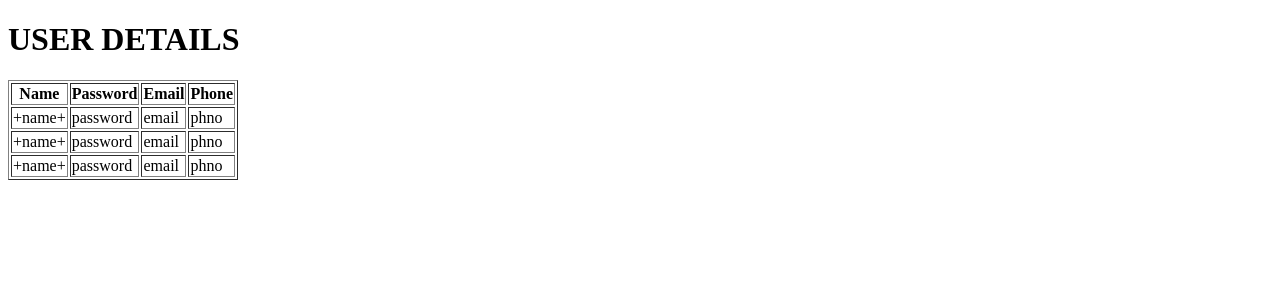
Repository: nikhilbad7/jsp-practicals
Page: http://localhost/classwork/Exp10.jsp
An editor plug-in stored every save of this project. The page is shown before and after the next save, followed by the edit.
The browser window is 1280 px wide. The pictures show the whole page.
The page is served by Tomcat 9. The database holds what the project's SQL file puts in it.

Above is the page before, as saved 2018-04-09 20:12:00.

### classwork/WebContent/Exp10.jsp
<!DOCTYPE HTML PUBLIC "-//W3C//DTD HTML 4.01 Transitional//EN"
"http://www.w3.org/TR/html4/loose.dtd">
<%@ page import="java.sql.*" %>
<%@ page import="java.io.*" %>
<html>
<head>
<title>Connection with mysql database</title>
</head>
<body>
<h1>USER DETAILS </h1>
<%
try {
/* Create string of connection url within specified format with machine name,
port number and database name. Here machine name id localhost and database name
is usermaster. */
//String connectionURL = "jdbc:mysql://localhost:3306/usermaster";
// declare a connection by using Connection interface
//Connection connection = null;
// Load JBBC driver "com.mysql.jdbc.Driver".
Class.forName("com.mysql.jdbc.Driver");
/* Create a connection by using getConnection() method that takes parameters of
string type connection url, user name and password to connect to database. */
Connection con=(Connection) DriverManager.getConnection("jdbc:mysql://localhost:3306/userservlet","root","");
// check weather connection is established or not by isClosed() method
Statement stmt=(Statement) con.createStatement();
String q = "select * from userdetails";
ResultSet rs=(ResultSet) stmt.executeQuery(q);
stmt = (Statement) con.createStatement();
rs= (ResultSet) stmt.executeQuery(q);
%>
<table border=1>
<tr>
	<th>Name</th>
	<th>Password</th>
	<th>Email</th>
	<th>Phone</th>
</tr> <%
while(rs.next()){
	String name = rs.getString("name");
	String password = rs.getString("password");
	String email = rs.getString("email");
	String phno = rs.getString("phone");
	%>
	<tr>
		<td>+name+</td>
		<td>password</td>
		<td>email</td>
		<td>phno</td></tr>
		<%
}
%>
</table>
<%
con.close();
}
catch(Exception ex){
ex.printStackTrace();
}
%>

</body>
</html>

### classwork/database/userservlet.sql (the tables this page reads)
CREATE TABLE `userdetails` (
  `name` varchar(255) NOT NULL,
  `password` varchar(255) NOT NULL,
  `email` varchar(500) NOT NULL,
  `phone` varchar(50) NOT NULL
) ENGINE=InnoDB DEFAULT CHARSET=latin1;

INSERT INTO `userdetails` (`name`, `password`, `email`, `phone`) VALUES
('nikhil', 'ckhfkj', 'nikhil.badani@gmail.com', '9871293190'),
('Nitesh', '1234', 'nitesh@gmail.com', '198409100'),
('Rahul', 'rk9992', 'rahul.yo@gmail.com', '9091813893');

After the next save:
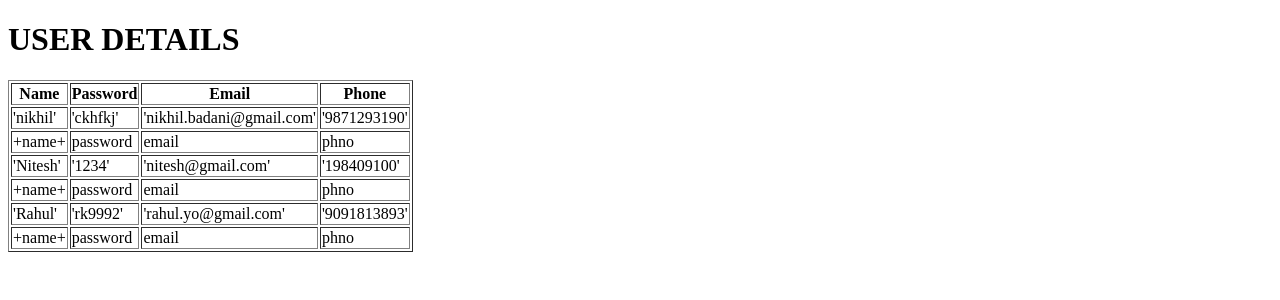
Saved 5 min 22 s later.
--- a/classwork/WebContent/Exp10.jsp
+++ b/classwork/WebContent/Exp10.jsp
@@ -40,6 +40,7 @@ while(rs.next()){
 	String password = rs.getString("password");
 	String email = rs.getString("email");
 	String phno = rs.getString("phone");
+	out.print("<tr><td>'"+name+"'</td><td>'"+password+"'</td><td>'"+email+"'</td><td>'"+phno+"'</td></tr>");
 	%>
 	<tr>
 		<td>+name+</td>
